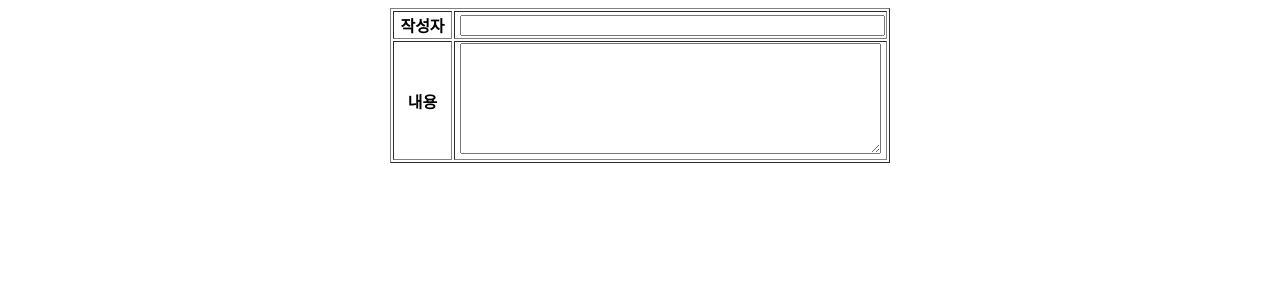
Repository: noopzzya/study_jsp_globalin
Page: ServletProject/src/main/webapp/bbs/write.html
The author's editor kept a copy of each file at every save. The page is drawn from the files as they stood at one save, then again after the next save.
The browser window is 1280 px wide. The pictures show the whole page.

Above is the page before, as saved 2023-01-30 00:48:52.

### ServletProject/src/main/webapp/bbs/write.html
<!DOCTYPE html>
<html>
<head>
<meta charset="utf-8">
<title>방명록</title>
</head>
<body>

<form action="/VisitInsert" method="post">
	<table align="center" width="500" border="1">

		<tr>
			<th width="70">작성자</th>

			<td>
				&nbsp;<input type="text" name="writer" size="50">
			</td>
		</tr>

		<tr>
			<th>내용</th>

			<td>
				&nbsp;<textarea rows="7" cols="50" name="memo"></textarea>
			</td>
		</tr>

	</table>
</form>

</body>
</html>

After the next save:
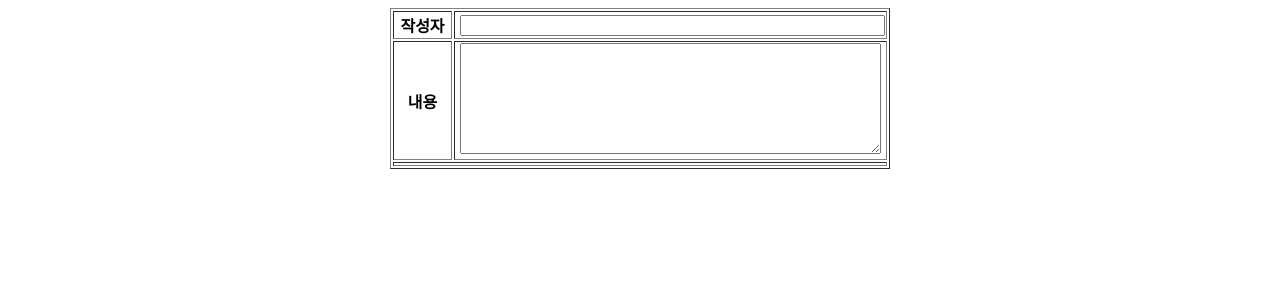
Saved 86 s later.
--- a/ServletProject/src/main/webapp/bbs/write.html
+++ b/ServletProject/src/main/webapp/bbs/write.html
@@ -25,6 +25,11 @@
 			</td>
 		</tr>
 
+		<tr>
+			<td colspan="2" align="center">
+
+			</td>
+		</tr>
 	</table>
 </form>
 
